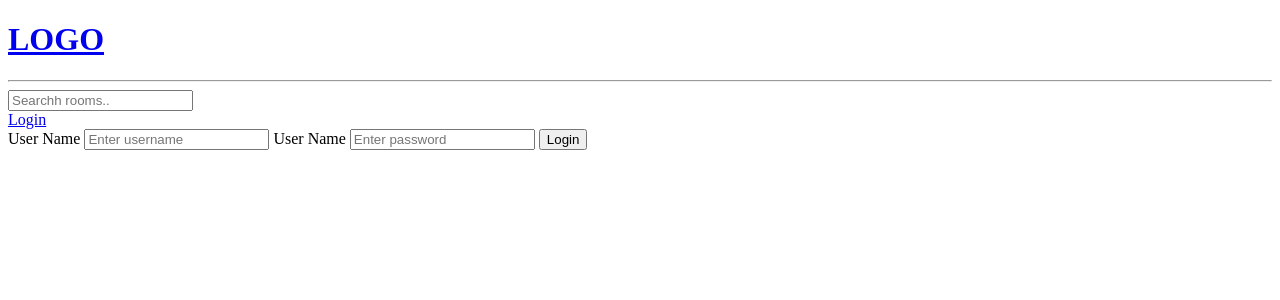
Repository: Dibbya65/Django-Basic
Page: http://localhost/login/
These files come from the project's save history. The page is drawn as it stood at one moment and after the next save; the edit follows.
The browser window is 1280 px wide. The pictures show the whole page.
The page is served by the project's application, run on Django 3.2 (manage.py).

Above is the page before, as saved 2021-11-15 22:31:01.

After the next save:
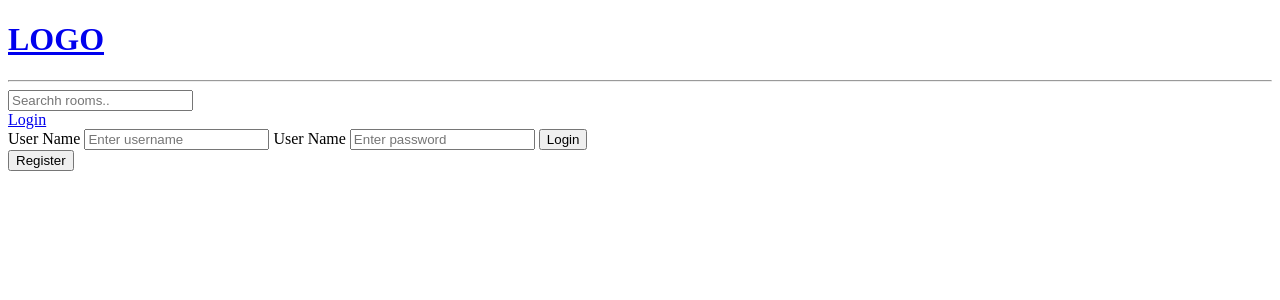
Saved 25 s later.
--- a/base/templates/base/login.html
+++ b/base/templates/base/login.html
@@ -11,4 +11,11 @@
         <input type="submit" value="Login">
     </form>
 </div>
+<div>
+    <form method="POST" action="#">
+        {% csrf_token %}
+
+        <input type="submit" value="Register">
+    </form>
+</div>
 {% endblock content %}
